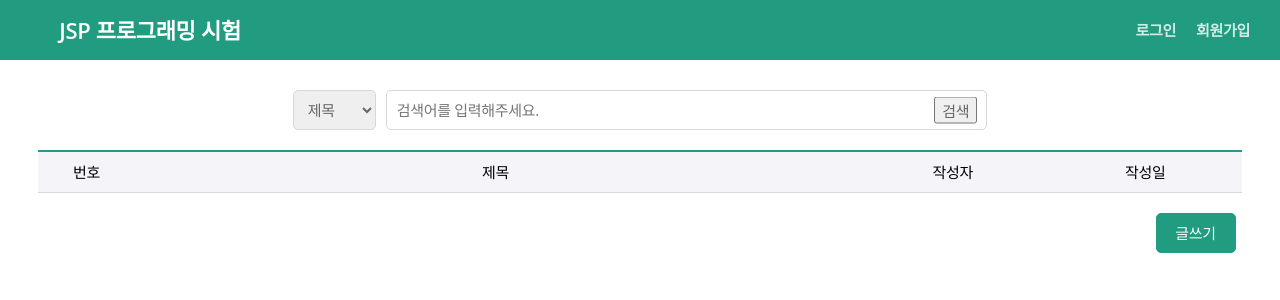
Repository: yujin149/noticeJSP
Page: http://localhost/BBS/bbs.jsp
These files come from the project's save history. The page is drawn as it stood at one moment and after the next save; the edit follows.
The browser window is 1280 px wide. The pictures show the whole page.
Some web libraries are served in a nearby version. The page is served by Tomcat 9. Other server files are loaded and not shown. Queries for data that is not in the repository find no rows.

Above is the page before, as saved 2024-11-29 06:56:15.

### BBS/src/main/webapp/bbs.jsp
<%@ page language="java" contentType="text/html; charset=UTF-8"
	pageEncoding="UTF-8"%>
<%@ page import="java.io.PrintWriter"%>
<%@ page import="bbs.BbsDAO"%>
<%@ page import="bbs.Bbs"%>
<%@ page import="java.util.ArrayList"%><!-- 게시판 목록을 출력하기 위해 -->
<!DOCTYPE html>
<html>
<head>
<meta charset="UTF-8">
<meta name="viewport" content="width=device-width" , initial-scale="1">
<link rel="stylesheet" href="css/reset.css">
<link rel="stylesheet" href="css/font.css">
<link rel="stylesheet" href="css/style.css">
<title>JSP 프로그래밍 시험</title>


</head>
<body>
	<div class="bbsWrap">
		<%
		String userID = null;
		if (session.getAttribute("userID") != null) {
			userID = (String) session.getAttribute("userID");
		}

		int pageNumber = 1;
		if (request.getParameter("pageNumber") != null) {
			pageNumber = Integer.parseInt(request.getParameter("pageNumber"));
		}
		%>
		<nav class="navWrap">
			<h1>
				<a href="bbs.jsp">JSP 프로그래밍 시험</a>
			</h1>

			<%
			if (userID == null) {
			%>
			<ul class="userMenu">
				<li><a href="login.jsp">로그인</a></li>
				<li><a href="join.jsp">회원가입</a></li>
			</ul>
			<%
			} else {
			%>
			<ul class="userMenu">
				<li><a href="logoutAction.jsp">로그아웃</a></li>
			</ul>
			<%
			}
			%>
		</nav>

		<div class="container">

			<div class="searchWrap">
				<form action="searchAction.jsp" method="get">
					<select name="searchField">
						<option value="bbsTitle">제목</option>
						<option value="userID">작성자</option>
					</select>
					<div class="search">
						<input type="text" name="searchText" placeholder="검색어를 입력해주세요.">
						<button type="submit" class="btn">검색</button>
					</div>
				</form>
			</div>
			<div class="tableWrap">
				<table>
					<colgroup>
						<col style="width: 8%">
						<col style="width: *">
						<col style="width: 16%">
						<col style="width: 16%">
					</colgroup>
					<thead>
						<tr>
							<th>번호</th>
							<th>제목</th>
							<th>작성자</th>
							<th>작성일</th>

						</tr>
					</thead>
					<tbody>
						<%
						BbsDAO bbsDAO = new BbsDAO();
						ArrayList<Bbs> list = bbsDAO.getList(pageNumber);
						for (int i = 0; i < list.size(); i++) {
						%>
						<tr>
							<td><%=list.get(i).getBbsNum()%></td>
							<td style="text-align: left;"><a
								href="view.jsp?bbsID=<%=list.get(i).getBbsNum()%>"> <%=list.get(i).getBbsTitle().replaceAll(" ", "&nbsp;").replaceAll("<", "&lt;").replaceAll(">", "&gt;")
		.replaceAll("\n", "<br>")%></a></td>

							<td><%=list.get(i).getUserID()%></td>
							<td><%=list.get(i).getBbsDate().substring(0, 11)%></td>
						</tr>
						<%
						}
						%>
					</tbody>

				</table>

			</div>
			<div class="btnWrap">
				<div class="prevnextBtn">
					<%
					if (pageNumber != 1) {
					%>
					<a href="bbs.jsp?pageNumber=<%=pageNumber - 1%>"
						class="btn btn-success btn-arraw-left">이전</a>
					<%
					}
					if (bbsDAO.nextPage(pageNumber + 1)) {
					%>
					<a href="bbs.jsp?pageNumber=
				<%=pageNumber + 1%>"
						class="btn btn-success btn-arraw-left">다음</a>
					<%
					}
					%>
				</div>
				<a href="write.jsp" class="btn btn-primary pull-right green-btn">글쓰기</a>
			</div>
		</div>
	</div>

	<script src="http://code.jquery.com/jquery-3.1.1.min.js"></script>
</body>
</html>

### BBS/src/main/java/bbs/BbsDAO.java
package bbs;

import java.sql.Connection;
import java.sql.DriverManager;
import java.sql.PreparedStatement;
import java.sql.ResultSet;
import java.util.ArrayList;

public class BbsDAO {
	private Connection conn;
	private ResultSet rs;

	public BbsDAO()
	{
		try
		{
			String dbURL = "jdbc:mysql://localhost:3306/testjsp";

			String dbID = "root";
			String dbPassword = "1234";
			Class.forName("com.mysql.jdbc.Driver");

			conn = DriverManager.getConnection(dbURL, dbID, dbPassword);
		}catch(Exception e)
		{
			e.printStackTrace();
		}
	}

	// 게시판 글쓰기를 위한 함수
	public String getDate()
	{
		String SQL = "SELECT NOW()";
		try {
			PreparedStatement pstmt = conn.prepareStatement(SQL);
			rs = pstmt.executeQuery();

			if(rs.next()) {
				return rs.getString(1);
			}

		} catch(Exception e) {
			e.printStackTrace();
		}
		return "";
	}

	public int getNext() // 게시글 번호 입력 함수
	{
		String SQL = "SELECT bbsNum FROM BBS ORDER BY bbsNum DESC";
		try {
			PreparedStatement pstmt = conn.prepareStatement(SQL);
			rs = pstmt.executeQuery();

			if(rs.next()) {
				return rs.getInt(1) + 1;
			}
			return 1;

		} catch(Exception e) {
			e.printStackTrace();
		}
		return -1;
	}

	public int write(String bbsTitle, String userID, String bbsContent)
	{
		String SQL = "INSERT INTO BBS VALUES (?, ?, ?, ?, ?, ?)";

		try {
			PreparedStatement pstmt = conn.prepareStatement(SQL);
			pstmt.setInt(1, getNext());
			pstmt.setString(2, bbsTitle);
			pstmt.setString(3, userID);
			pstmt.setString(4, getDate());
			pstmt.setString(5, bbsContent);
			pstmt.setInt(6, 1);

			return pstmt.executeUpdate();

		} catch(Exception e) {
			e.printStackTrace();
		}
		return -1;
	}

	public ArrayList<Bbs> getList(int pageNumber)
	{
		String SQL = "SELECT * FROM BBS WHERE bbsNum < ?  AND bbsAvailable = 1 ORDER BY bbsNum DESC LIMIT 10";

		ArrayList<Bbs> list = new ArrayList<Bbs>();
		try {
			PreparedStatement pstmt = conn.prepareStatement(SQL);
			pstmt.setInt(1, getNext() - (pageNumber - 1) * 10);

			rs = pstmt.executeQuery();

			while(rs.next()) {
				Bbs bbs = new Bbs();
				bbs.setBbsNum(rs.getInt(1));
				bbs.setBbsTitle(rs.getString(2));
				bbs.setUserID(rs.getString(3));
				bbs.setBbsDate(rs.getString(4));
				bbs.setBbsContent(rs.getString(5));
				bbs.setBbsAvailable(rs.getInt(6));
			    list.add(bbs);
			}
		} catch(Exception e) {
			e.printStackTrace();
		}
		return list;
	}

	public boolean nextPage(int pageNumber)
	{
		String SQL = "SELECT * FROM BBS WHERE bbsNum < ?  AND bbsAvailable = 1 ORDER BY bbsNUm DESC LIMIT 10";

		try {
			PreparedStatement pstmt = conn.prepareStatement(SQL);
			pstmt.setInt(1, getNext() - (pageNumber - 1) * 10);

			rs = pstmt.executeQuery();

			if(rs.next()) {
				return true;
			}
		} catch(Exception e) {
			e.printStackTrace();
		}
		return false;
	}

	public Bbs getBbs(int bbsNum) {
		String SQL = "SELECT * FROM BBS WHERE bbsNum = ?";
		try {
			PreparedStatement pstmt = conn.prepareStatement(SQL);
	        pstmt.setInt(1, bbsNum);
	        rs = pstmt.executeQuery();

			if(rs.next()) {
	            Bbs bbs = new Bbs();
	            bbs.setBbsNum(rs.getInt(1));
	            bbs.setBbsTitle(rs.getString(2));
	            bbs.setUserID(rs.getString(3));
	            bbs.setBbsDate(rs.getString(4));
	            bbs.setBbsContent(rs.getString(5));
	            bbs.setBbsAvailable(rs.getInt(6));
	            return bbs;
	        }
		} catch(Exception e) {
	        e.printStackTrace();
	    }
		return null;
	}

	public int update(int bbsNum, String bbsTitle, String bbsContent) {
		String SQL = "UPDATE BBS SET bbsTitle = ?, bbsContent =? WHERE bbsNum = ?";
		try {
			PreparedStatement pstmt = conn.prepareStatement(SQL);
			pstmt.setString(1, bbsTitle);
			pstmt.setString(2, bbsContent);
			pstmt.setInt(3, bbsNum);
			return pstmt.executeUpdate();
		}catch(Exception e){
			e.printStackTrace();
		}
		return -1;
	}

	public int delete(int bbsNum) {
		String SQL = "UPDATE BBS SET bbsAvailable = 0 WHERE bbsNum = ?";
		try {
			PreparedStatement pstmt = conn.prepareStatement(SQL);
			pstmt.setInt(1, bbsNum);
			return pstmt.executeUpdate();
		}catch(Exception e){
			e.printStackTrace();
		}
		return -1;
	}


	public ArrayList<Bbs> getSearch(String searchField, String searchText) {
	    String SQL = "";
	    ArrayList<Bbs> list = new ArrayList<Bbs>();

	    try {
	        if(searchField.equals("bbsTitle")) {
	            SQL = "SELECT * FROM BBS WHERE bbsTitle LIKE ? AND bbsAvailable = 1 ORDER BY bbsNum DESC";
	        } else if(searchField.equals("userID")) {
	            SQL = "SELECT * FROM BBS WHERE userID LIKE ? AND bbsAvailable = 1 ORDER BY bbsNum DESC";
	        }

	        PreparedStatement pstmt = conn.prepareStatement(SQL);
	        pstmt.setString(1, "%" + searchText + "%");
	        rs = pstmt.executeQuery();

	        while(rs.next()) {
	            Bbs bbs = new Bbs();
	            bbs.setBbsNum(rs.getInt(1));
	            bbs.setBbsTitle(rs.getString(2));
	            bbs.setUserID(rs.getString(3));
	            bbs.setBbsDate(rs.getString(4));
	            bbs.setBbsContent(rs.getString(5));
	            bbs.setBbsAvailable(rs.getInt(6));
	            list.add(bbs);
	        }
	    } catch(Exception e) {
	        e.printStackTrace();
	    }
	    return list;
	}

}

### BBS/src/main/webapp/css/reset.css
@charset "UTF-8";

html, body, div, span, applet, object, iframe,
h1, h2, h3, h4, h5, h6, p, blockquote, pre,
a, abbr, acronym, address, big, cite, code,
del, dfn, em, img, ins, kbd, q, s, samp,
small, strike, strong, sub, sup, tt, var,
b, u, i, center,
dl, dt, dd, ol, ul, li,
fieldset, form, label, legend,
table, caption, tbody, tfoot, thead, tr, th, td,
article, aside, canvas, details, embed,
figure, figcaption, footer, header, hgroup,
menu, nav, output, ruby, section, summary,
time, mark, audio, video {
	margin: 0;
	padding: 0;
	border: 0;
	font-size: 100%;
	font: inherit;
	vertical-align: inherit;
	box-sizing:border-box;
	transition:all .3s;
}
/* HTML5 display-role reset for older browsers */
article, aside, details, figcaption, figure,
footer, header, hgroup, menu, nav, section {
	display: block;
}
body {
	line-height: 1;
}
ol, ul {
	list-style: none;
}
blockquote, q {
	quotes: none;
}
blockquote:before, blockquote:after,
q:before, q:after {
	content: '';
	content: none;
}
table {
	border-collapse: collapse;
	border-spacing: 0;
}

button,
input,
select,
textarea {
	font-family: inherit; /* 1 */
	font-size: 100%; /* 2 */
	margin: 0; /* 3 */
}

button,
input {
	line-height: normal;
}

button,
select {
	text-transform: none;
}

button,
html input[type="button"], /* 1 */
input[type="reset"],
input[type="submit"] {
	-webkit-appearance: button; /* 2 */
	cursor: pointer; /* 3 */
}

button[disabled],
html input[disabled] {
	cursor: default;
    background: #f5f5f5;
    color:#666;
}

input[type="checkbox"],
input[type="radio"] {
	box-sizing: border-box; /* 1 */
	padding: 0; /* 2 */
}

input[type="search"] {
	-webkit-appearance: textfield; /* 1 */
	-moz-box-sizing: content-box;
	-webkit-box-sizing: content-box; /* 2 */
	box-sizing: content-box;
}

input[type="search"]::-webkit-search-cancel-button,
input[type="search"]::-webkit-search-decoration {
	-webkit-appearance: none;
}

button::-moz-focus-inner,
input::-moz-focus-inner {
	border: 0;
	padding: 0;
}

textarea {
	overflow: auto; /* 1 */
	vertical-align: top; /* 2 */
}
a {text-decoration:none;}
address {font-style:normal;}

caption {display:none}

### BBS/src/main/webapp/css/font.css
@charset "UTF-8";

@font-face {
    font-family: "Noto Sans KR";
    src: url('https://fonts.googleapis.com/css2?family=Noto+Sans+KR:wght@100;300;400;500;700;900&display=swap');
         unicode-range: U+AC00-D7A3;
        }

@font-face {
    font-family: 'roboto';
    src: url('https://fonts.googleapis.com/css2?family=Roboto:wght@100;300;400;500;700;900&display=swap');
         unicode-range: U+0030-0039;
}


html, body, table, input, textarea, nav, button, div, p, span,
#main_wrap span, h1, h2, h3, h4, h6, tr, td, ol, ul, li, select, pre {
    font-size:15px;
    font-family:"Noto Sans KR","roboto","Open Sans",Malgun Gothic,"맑은 고딕",AppleGothic,Dotum,"돋움",sans-serif;
    color:#666;letter-spacing: -0.3px; font-weight: 400;
}


.notosanskr {
 font-family: 'Noto Sans KR', sans-serif;
}

.roboto {
 font-family: 'roboto', sans-serif;
}

### BBS/src/main/webapp/css/style.css
@charset "UTF-8";
.bbsWrap{width:100%; margin:0 auto;}
.navWrap{width:100%; height:60px; background:#219c80; display:flex;
justify-content: space-between; align-items: center;padding: 0 30px;}
.navWrap h1 a{color:#fff; font-size:22px; font-weight:600; display:flex;
justify-content: center; align-items: center; width:240px; height:60px;}

.navWrap .userMenu{display:flex; justify-content: flex-end; align-items: center;}
.navWrap .userMenu a{color:rgba(255,255,255,0.8); font-size:15px; padding:0 10px;
font-weight:600;}
.navWrap .userMenu li:last-child a{padding-right:0;}
.navWrap .userMenu li.active a{color:#fff;}
.navWrap .userMenu a:hover{color:#fff;}


.bbsWrap .container{width:94%; margin:30px auto 0;}
.bbsWrap .container .tableWrap{width:100%; border-top: 2px solid #219c80;
border-bottom: 1px solid #d7d7d7;}

.bbsWrap .container .tableWrap table{table-layout: fixed; border-collapse: collapse;
width:100%;}
.bbsWrap .container .tableWrap table tr th{display:table-cell; vertical-align:middle; padding:0 10px; background: #f4f4f9;
height: 40px; font-size: 15px; color:#000;}
.bbsWrap .container .tableWrap table tr td{display:table-cell; vertical-align:middle; padding:0 10px; font-size: 15px;
border-top: 1px solid #d7d7d7; line-height: 1.3; height: 50px; text-align: center; cursor:pointer;}

.bbsWrap .container .tableWrap table tr td a{color:#666; display:block;}

.bbsWrap .container .tableWrap table tr:hover td{background:#f4f4f9;}

.bbsWrap .container .tableWrap.writeTable table tr td{border-top:none; border-bottom:1px solid #d7d7d7; padding:0; cursor:auto;}
.bbsWrap .container .tableWrap.writeTable table tr:hover td, .bbsWrap .container .tableWrap.viewTable table tr:hover td{background:inherit;}
.bbsWrap .container .writeTable table tr td input{width:100%; height:100%; border:none; padding:0 20px; outline:none;}
.bbsWrap .container .writeTable table tr td textarea{width:100%; min-height:580px; border:none; padding:20px; outline:none;
resize:none;}

.bbsWrap .container .tableWrap.viewTable table tr th{height:50px;}
.bbsWrap .container .viewTable table tr td{cursor:auto;}
.bbsWrap .container .viewTable table tr td.tit {color:#000; background:#f4f4f9;}
.bbsWrap .container .viewTable table tr:hover td.tit {color:#000; background:#f4f4f9;}
.bbsWrap .container .viewTable table tr td.text {text-align:left;}
.bbsWrap .container .viewTable table tr td.textBox{padding:20px;}


.btnWrap{display:flex;justify-content: space-between; align-items: center; margin-top:20px;}
.btnWrap .prevnextBtn{display:flex;}
.btnWrap .btn{display:flex;justify-content: center;align-items: center;
width:50px; height:40px; background:#eee; border-radius:5px; border:1px solid #d7d7d7; color:#666; margin-right:6px;}
.btnWrap .btn:hover{background:#219c80; color:#fff; border-color:#219c80;}
.btnWrap .btn.green-btn{background:#219c80; color:#fff; width:80px; border-color:#219c80;}


/*로그인*/
.loginWrap{width:480px; margin:60px auto 0; background: #fff; box-shadow: 3px 3px 5px rgba(55, 55, 55, 0.1);
padding:60px;}
.loginWrap h2{font-size:28px; font-weight:600; text-align:center; color:#000; margin-bottom:40px;}
.loginWrap ul li{margin-bottom:10px;}
.loginWrap ul li input {width:100%; height:40px; border:1px solid #d7d7d7;
border-radius:5px; outline:none; padding:0 10px; box-sizing:border-box;}
.loginWrap .loginBtn{width:100%; background:#219c80; color:#fff; border-radius:5px;
border:1px solid #219c80; height:40px; font-size:16px; font-weight:600; height:45px;}

.loginWrap ul li input[type='radio'] {
  -webkit-appearance: none;-moz-appearance: none;appearance: none; width: 15px;
  height: 15px; border: 1px solid #d7d7d7; border-radius: 50%; outline: none;  cursor: pointer; padding:0;}
.loginWrap ul li input[type='radio']:checked { background: #219c80; border: 3px solid white; box-shadow: 0 0 0 1px #219c80;}

.loginWrap ul li.radioList{display:flex; justify-content: center; align-items:center; padding:10px 0;}
.loginWrap ul li.radioList label{display:flex; justify-content: flex-start; align-items:center; cursor:pointer;}
.loginWrap ul li.radioList label input{margin-right:5px;}
.loginWrap ul li.radioList label:first-child{margin-right:20px;}


/*검색조건*/
.searchWrap{margin-bottom:20px;}
.searchWrap form{display:flex; justify-content: center; align-items: center;}
.searchWrap input, .searchWrap select{height:40px; border:1px solid #d7d7d7;
padding:0 10px; border-radius:5px;}
.searchWrap .search{width:50%;}
.searchWrap select{margin-right:10px; outline:none;}
.searchWrap input{width:100%; outline:none; box-sizing:border-box;}
.searchWrap .search{position:relative;}

.searchWrap .search button{position:absolute; top:50%; right:10px;
transform: translateY(-50%); background:url(../images/search.png) no-reapet;}

After the next save:
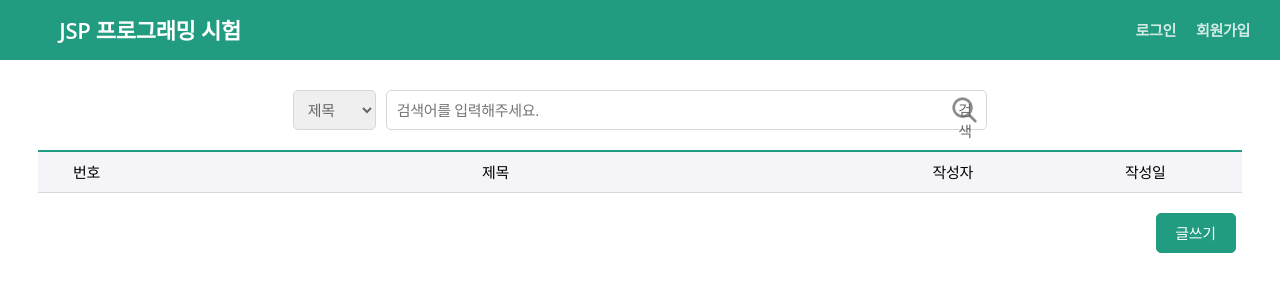
Saved 2 min 15 s later.
--- a/BBS/src/main/webapp/css/style.css
+++ b/BBS/src/main/webapp/css/style.css
@@ -82,4 +82,5 @@ padding:0 10px; border-radius:5px;}
 .searchWrap .search{position:relative;}
 
 .searchWrap .search button{position:absolute; top:50%; right:10px;
-transform: translateY(-50%); background:url(../images/search.png) no-reapet;}
+transform: translateY(-50%);background: url(../images/search.png) no-repeat;
+border:none; width:25px; height:25px; background-size:contain;}
